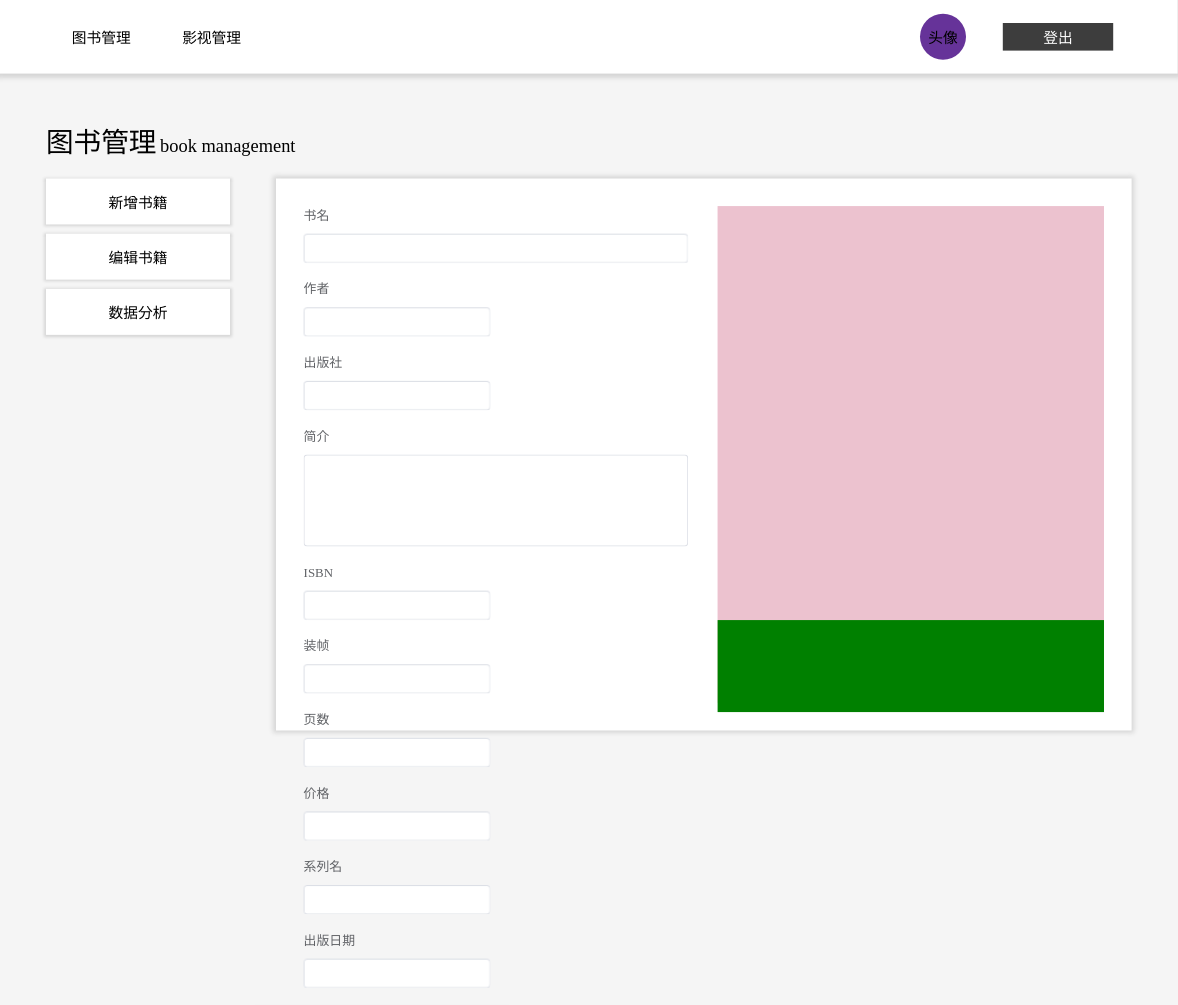
Repository: quanwangniuniu/Oasis-Reading-Platform
Page: /#/admin/books (app in Vue-frontend/)
An editor plug-in stored every save of this project. The page is shown before and after the next save, followed by the edit.
The browser window is 1280 px wide. The pictures show the whole page, at 92% of full size.
Some web fonts or font styles are not loaded; a fallback is used. The project was rebuilt for these pictures with package versions that can differ from the ones it lists, and the page was loaded fresh each time. Also part of the build but not shown: Vue-frontend/vite.config.js, Vue-frontend/src/components/Test.vue, Vue-frontend/src/components/user/books/BookCard.vue, Vue-frontend/src/components/axios/config.js, Vue-frontend/src/components/axios/api.js, Vue-frontend/src/components/user/books/Books.vue, Vue-frontend/src/components/user/movies/Favourites.vue, Vue-frontend/src/components/user/explore/Explore.vue and 10 more.

Above is the page before, as saved 2023-04-13 16:52:17.

After the next save:
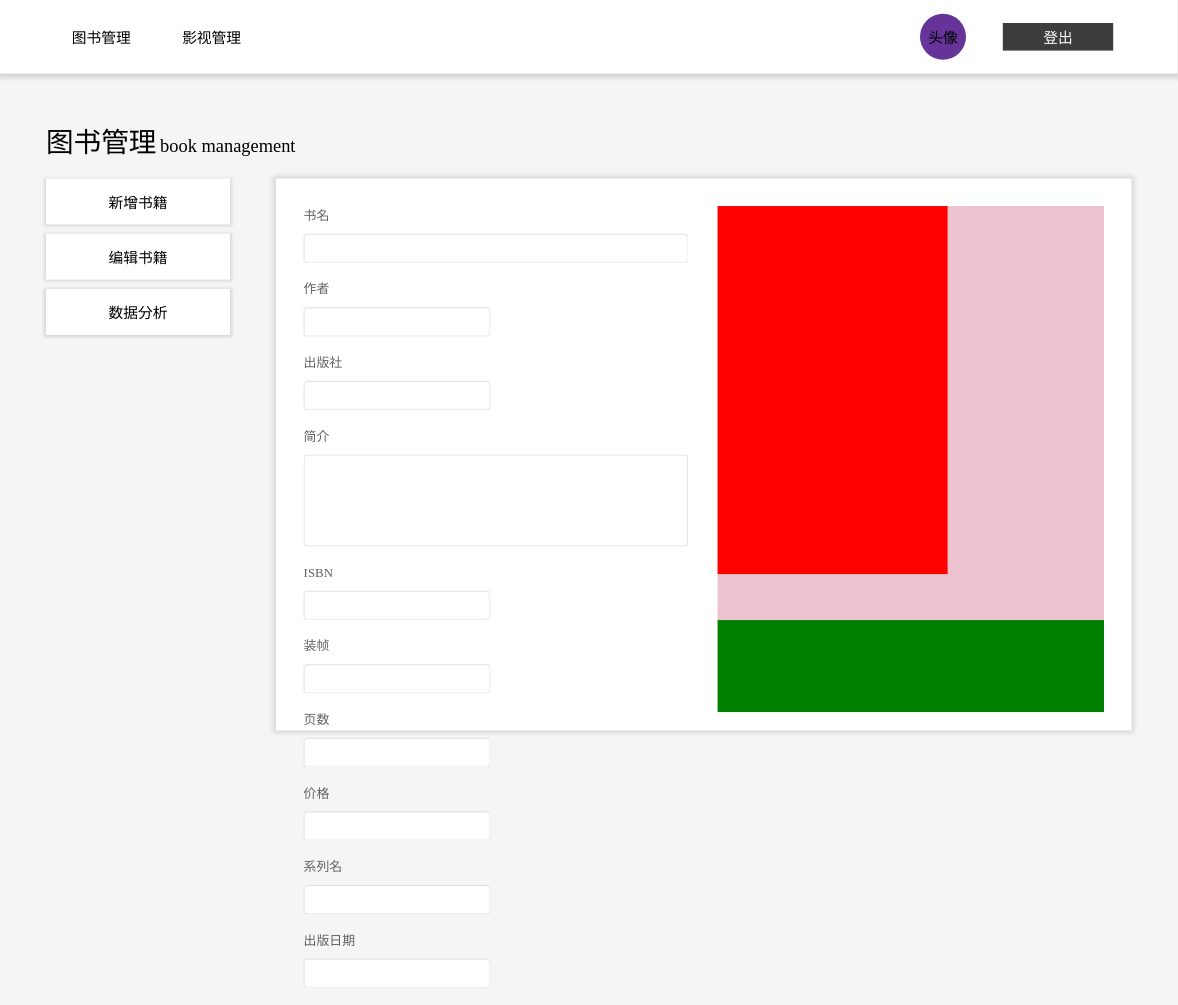
Saved 2 min 53 s later.
--- a/Vue-frontend/src/components/admin/bookManagement/BookManagement.vue
+++ b/Vue-frontend/src/components/admin/bookManagement/BookManagement.vue
@@ -71,7 +71,7 @@ const bookItem = ref({
 
         <div class="img-upload-and-submit">
           <div class="img-container">
-            <div class="img">
+            <div class="img-upload">
 
             </div>
           </div>
@@ -132,10 +132,10 @@ const bookItem = ref({
   background-color: rgb(120, 120, 241, 0.1);
 }
 
-.book-img{
+.img-upload{
+  width: 250px;
   height: 400px;
-  width: 250px;
-  background-color: green;
+  background-color: red;
 }
 
 .submit{
